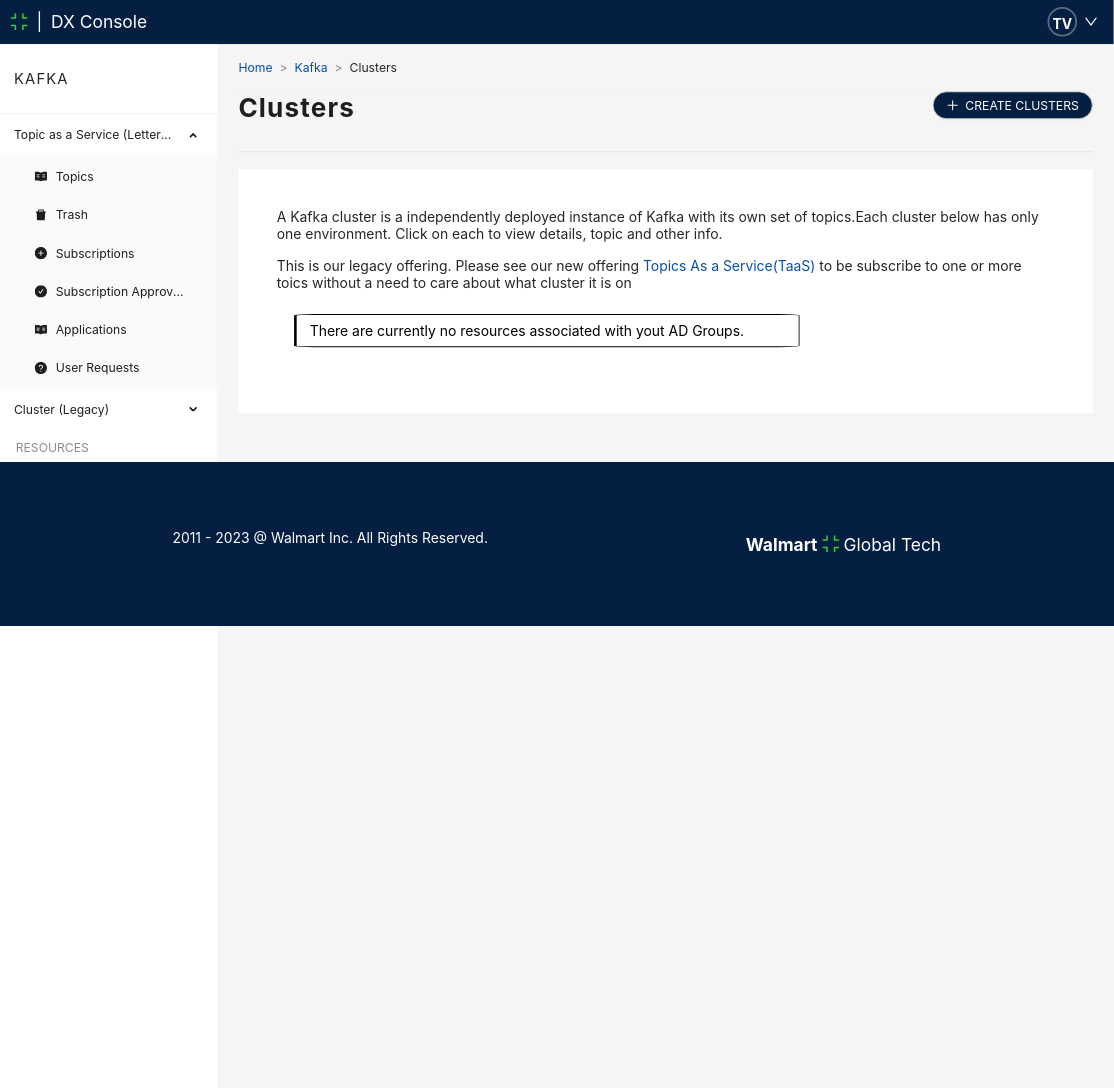
Repository: Qianying-Chai/kafka
Page: /kafka/clusters
The author's editor kept a copy of each file at every save. The page is drawn from the files as they stood at one save, then again after the next save.
The browser window is 1280 px wide. The pictures show the whole page, at 87% of full size.
The project was rebuilt for these pictures with package versions that can differ from the ones it lists, and the page was loaded fresh each time. Also part of the build but not shown: src/pages/Components/ComponentsTable.jsx, src/pages/Components/ComponentsInput.jsx, src/pages/Components/ComponentsPagination.jsx, src/pages/Taas/Topics/Topics.jsx, src/pages/Taas/Trash/Style/Trash.css, src/pages/Taas/Trash/Trash.jsx, src/pages/Taas/SubscriptionApprovals/SubscriptionApprovals.jsx, src/pages/Taas/Subscriptions/SubscriptionsNonProxy/SubscriptionsNonProxy.jsx and 8 more.

Above is the page before, as saved 2024-01-12 23:31:05.

After the next save:
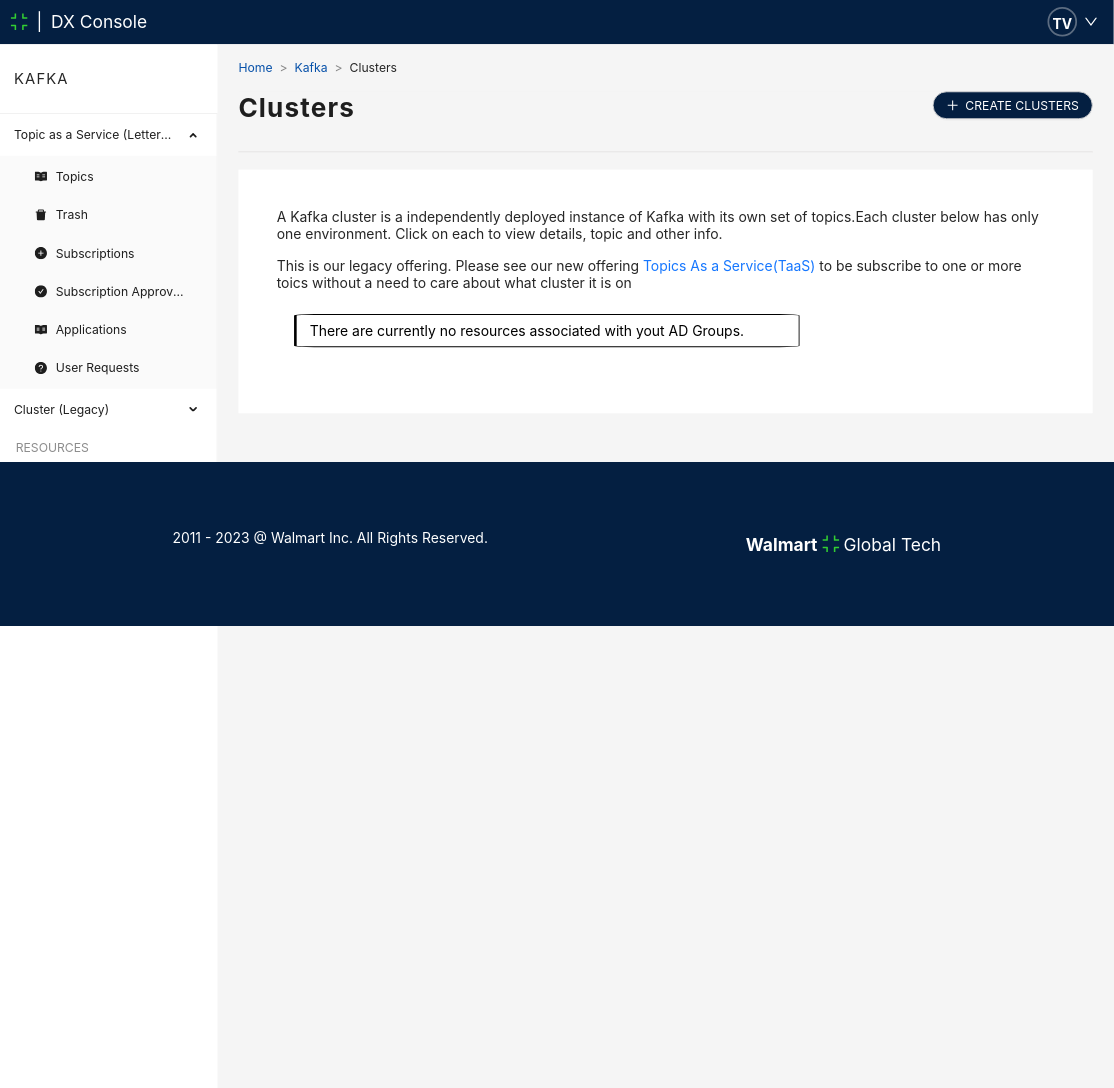
Saved 3 min 37 s later.
--- a/src/pages/Cluster/Clusters.jsx
+++ b/src/pages/Cluster/Clusters.jsx
@@ -1,12 +1,13 @@
 import React from "react";
 import "./Style/Clusters.css";
-import ComponentsCard from "../Components/ComponentsCard";
 import categoryConstants from "../common/categoryConstants";
 import ComponentsTitle from "../Components/ComponentsTitle";
 import ComponentsBreadcrumb from "../Components/ComponentsBreadcrumb";
 import { Button } from "antd";
 import { PlusOutlined } from "@ant-design/icons";
 import ComponentsContent from "../Components/ComponentsContent";
+
+import { Link } from "react-router-dom";
 
 const Clusters = () => {
   return (
@@ -43,7 +44,14 @@
             </div>
             <div className="text">
               This is our legacy offering. Please see our new offering{" "}
-              <span className="clusters-taas">Topics As a Service(TaaS) </span>{" "}
+              <span className="clusters-taas">
+                {" "}
+                <Link
+                  to={`/kafka/${categoryConstants.SUBSCRIPTIONS.toLowerCase()}_active_tab=nonProxy`}
+                >
+                  Topics As a Service(TaaS)
+                </Link>
+              </span>{" "}
               to be subscribe to one or more toics without a need to care about
               what cluster it is on{" "}
             </div>
